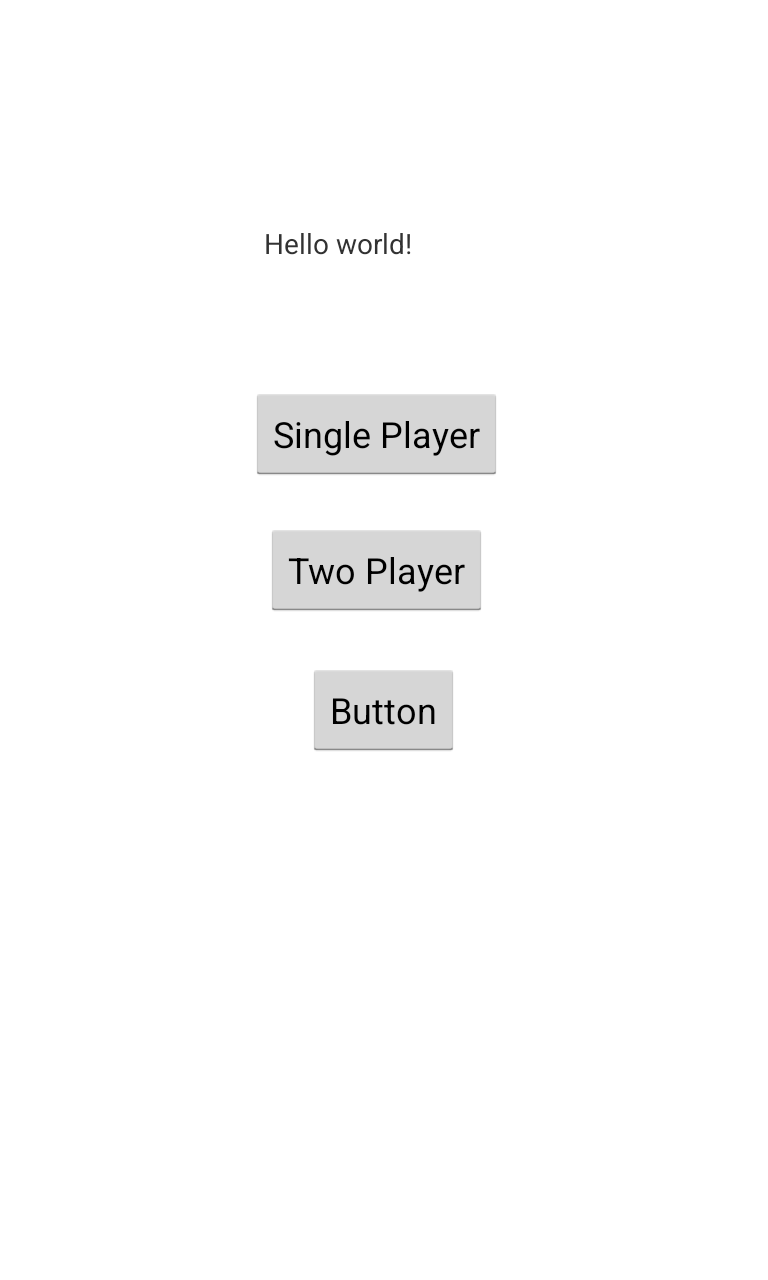
Repository: stekeller/sw14_free_10
Layout: Northcottz/res/layout/activity_home_screen.xml
An editor plug-in stored every save of this project. The layout is shown before and after the next save, followed by the edit.
It is drawn on a 768 x 1280 px phone screen (xhdpi) without system bars, with theme AppTheme; the app's code is not run.

Above is the layout before, as saved 2014-03-25 10:17:47.

After the next save:
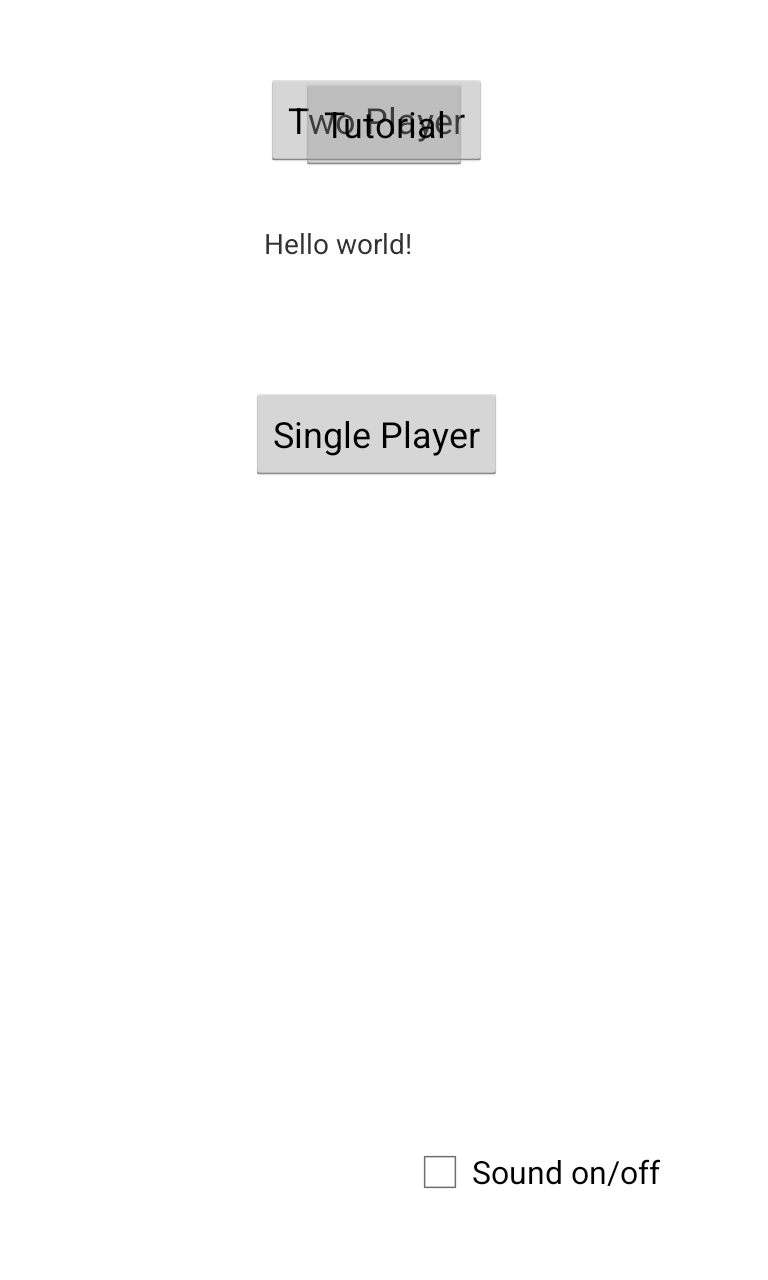
Saved 3 min 46 s later.
--- a/Northcottz/res/layout/activity_home_screen.xml
+++ b/Northcottz/res/layout/activity_home_screen.xml
@@ -18,7 +18,7 @@
         android:text="@string/hello_world" />
 
     <Button
-        android:id="@+id/button1"
+        android:id="@+id/buttonSinglePlayer"
         android:layout_width="wrap_content"
         android:layout_height="wrap_content"
         android:layout_alignRight="@+id/textView1"
@@ -27,7 +27,7 @@
         android:text="Single Player" />
 
     <Button
-        android:id="@+id/button2"
+        android:id="@+id/buttonTwoPlayer"
         android:layout_width="wrap_content"
         android:layout_height="wrap_content"
         android:layout_alignLeft="@+id/textView1"
@@ -36,12 +36,22 @@
         android:text="Two Player" />
 
     <Button
-        android:id="@+id/button3"
+        android:id="@+id/buttonTutorial"
         android:layout_width="wrap_content"
         android:layout_height="wrap_content"
         android:layout_below="@+id/button2"
         android:layout_centerHorizontal="true"
         android:layout_marginTop="22dp"
-        android:text="Button" />
+        android:text="Tutorial" />
+
+    <CheckBox
+        android:id="@+id/checkBoxSound"
+        android:layout_width="wrap_content"
+        android:layout_height="wrap_content"
+        android:layout_alignParentBottom="true"
+        android:layout_alignParentRight="true"
+        android:layout_marginBottom="22dp"
+        android:layout_marginRight="38dp"
+        android:text="Sound on/off" />
 
 </RelativeLayout>
